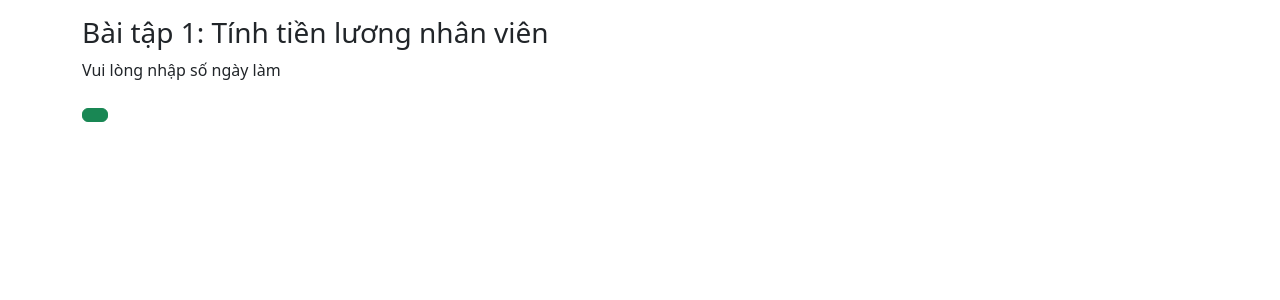
Repository: hcozyph/TranHuuPhuoc_BC43_BT_JS_Buoi2
Page: index.html
An editor plug-in stored every save of this project. The page is shown before and after the next save, followed by the edit.
The browser window is 1280 px wide. The pictures show the whole page.

Above is the page before, as saved 2023-01-21 19:57:30.

After the next save:
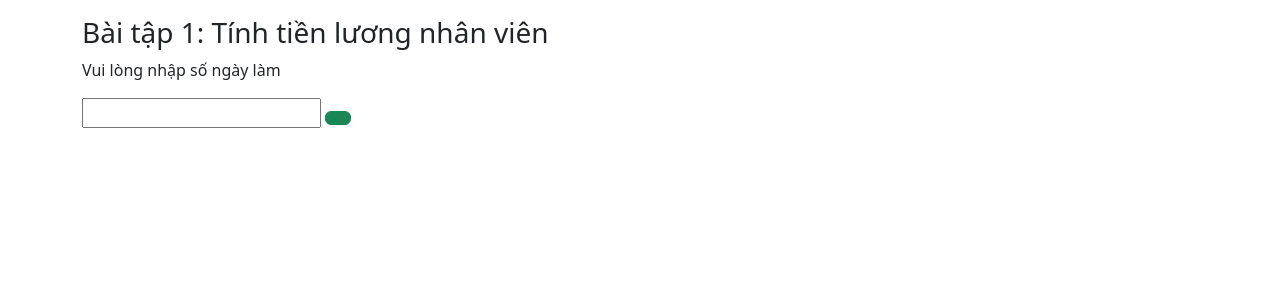
Saved 77 s later.
--- a/index.html
+++ b/index.html
@@ -35,7 +35,8 @@
             <div>
                 <h1 class="fs-3 mt-3">Bài tập 1: Tính tiền lương nhân viên</h1>
                 <p>Vui lòng nhập số ngày làm</p>
-                <button class="btn btn-success mt-2" id=""></button>
+                <input type="send" />
+                <button class="btn btn-success mt-2" id="btnNhapSo"></button>
             </div>
         </div>
 
